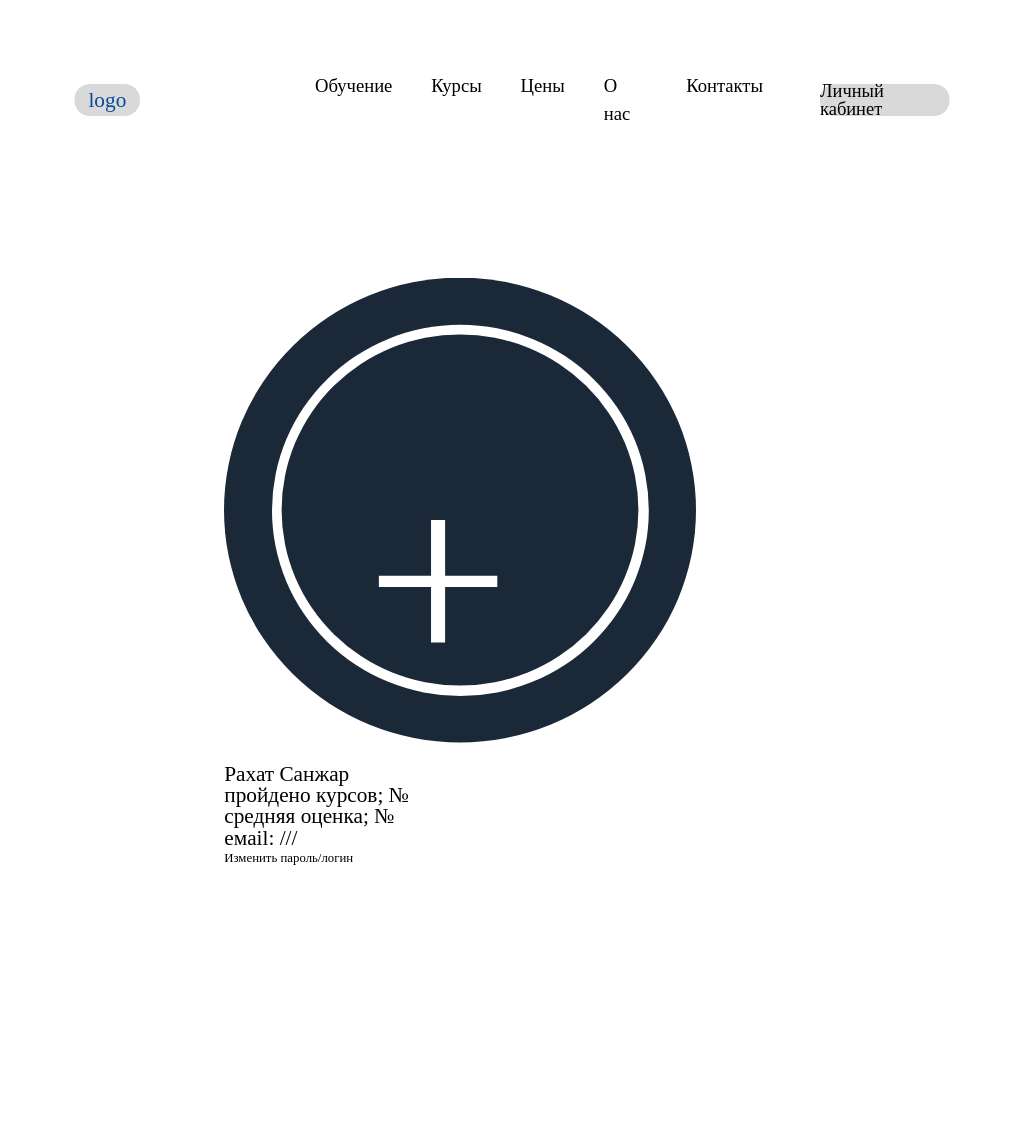
Repository: marjango/course
Page: /auth/profile
An editor plug-in stored every save of this project. The page is shown before and after the next save, followed by the edit.
The browser window is 1280 px wide. The pictures show the whole page, at 80% of full size.
The project was rebuilt for these pictures with package versions that can differ from the ones it lists, and the page was loaded fresh each time. The framework's server and built-in components were replaced by stand-ins that run in the browser. Also part of the build but not shown: next.config.ts.

Above is the page before, as saved 2025-03-27 17:30:22.

### app/layout.tsx
import type { Metadata } from "next";
import "./globals.css";
import './fonts.css';


export const metadata: Metadata = {
  title: "сourse",
  description: "it course",
};

export default function RootLayout({
  children,
}: Readonly<{
  children: React.ReactNode;
}>) {
  return (
    <html lang="en">
      <body

      >
        {children}
      </body>
    </html>
  );
}

### app/[auth]/profile/page.tsx
import React from "react";
import Image from "next/image";
import s from "./profile.module.css";
import Link from "next/link";
import photo from './img/profilephoto.svg'

const profile = () => {
  return (
    <>
      <div className={s.profilepage}>
        <div className={s.headerContainer}>
          <Link href="/" className={s.logo}>
            logo
          </Link>

          <div className={s.nav}>
            <Link href="/learningpage">Обучение</Link>
            <Link href="/coursespage">Курсы</Link>
            <Link href="/pricepage">Цены</Link>
            <Link href="/aboutus">О нас</Link>
            <Link href="#">Контакты</Link>
          </div>

          <Link href="/profile" className={s.personal}>
            Личный кабинет
          </Link>
        </div>
        <div className={s.profile}>
            <Image src={photo} alt="photo"/>
            <div className={s.description}>
                <p className={s.name}>Рахат Cанжар</p>
                <p>пройдено курсов; №</p>
                <p>средняя оценка; №</p>
                <p>емail: ///</p>
                <button>Изменить пароль/логин</button>
            </div>
        </div>
      </div>
    </>
  );
};

export default profile;

### app/globals.css
@import "tailwindcss";

* {
  font-family: 'Doloman Pavljenko';
}

h1 {
  font-family: 'Intro Friday', sans-serif;
  font-size: 3.39vw;
  line-height: 1.2;
  color: white;
  font-weight: bold;
  text-transform: uppercase;
}

p {
  font-size: 2.08vw;
  line-height: 2.08vw;
  font-weight: 300;
}

### app/fonts.css
@font-face {
    font-family: 'Doloman Pavljenko';
    src: url("/public/fonts/DolomanPavljenko.otf") format('otf'),
    url("/public/fonts/DolomanPavljenko.otf") format('otf');
    font-weight: normal;
    font-style: normal;
  }

   @font-face {
     font-family: "Intro Friday";
     src: url("/public/fonts/Intro\ Friday\ Regular.ttf") format("ttf"),
     url("/public/fonts/Intro\ Friday\ Regular.ttf") format("ttf");
     font-weight: normal;
     font-style: normal;
   }

### app/[auth]/profile/profile.module.css
.profilepage {
background-color: white;
padding: 7.03vw 7.29vw 12.60vw 7.29vw;
}
.headerContainer {
    background: transparent;
    display: flex;
    justify-content: space-between;
    align-items: center;
    width: 100%;
    margin-bottom: 10.42vw;
  }

  .logo {
    padding: 0.52vw 1.35vw;
    background-color: #D9D9D9;
    border: none;
    border-radius: 1.51vw;
    color: #064b9b;
    font-size: 2.08vw;
    line-height: 2.08vw;
    font-weight: 300;
  }

  .nav {
    margin-left: 17.08vw;
    justify-self: center;
    font-size: 1.82vw;
    font-weight: 300;
    display: flex;
    gap: 3.8vw;
  }

  .personal {
    margin-left: 5.57vw;
    background-color: #D9D9D9;
    width: 12.66vw;
    height: 3.13vw;
    display: flex;
    justify-content: center;
    align-items: center;
    border: none;
    border-radius: 1.51vw;
    color: black;
    font-size: 1.8vw;
    line-height: 1.8vw;
    font-weight: 300;
  }

  .profile {
    margin: 187px ;
  }

After the next save:
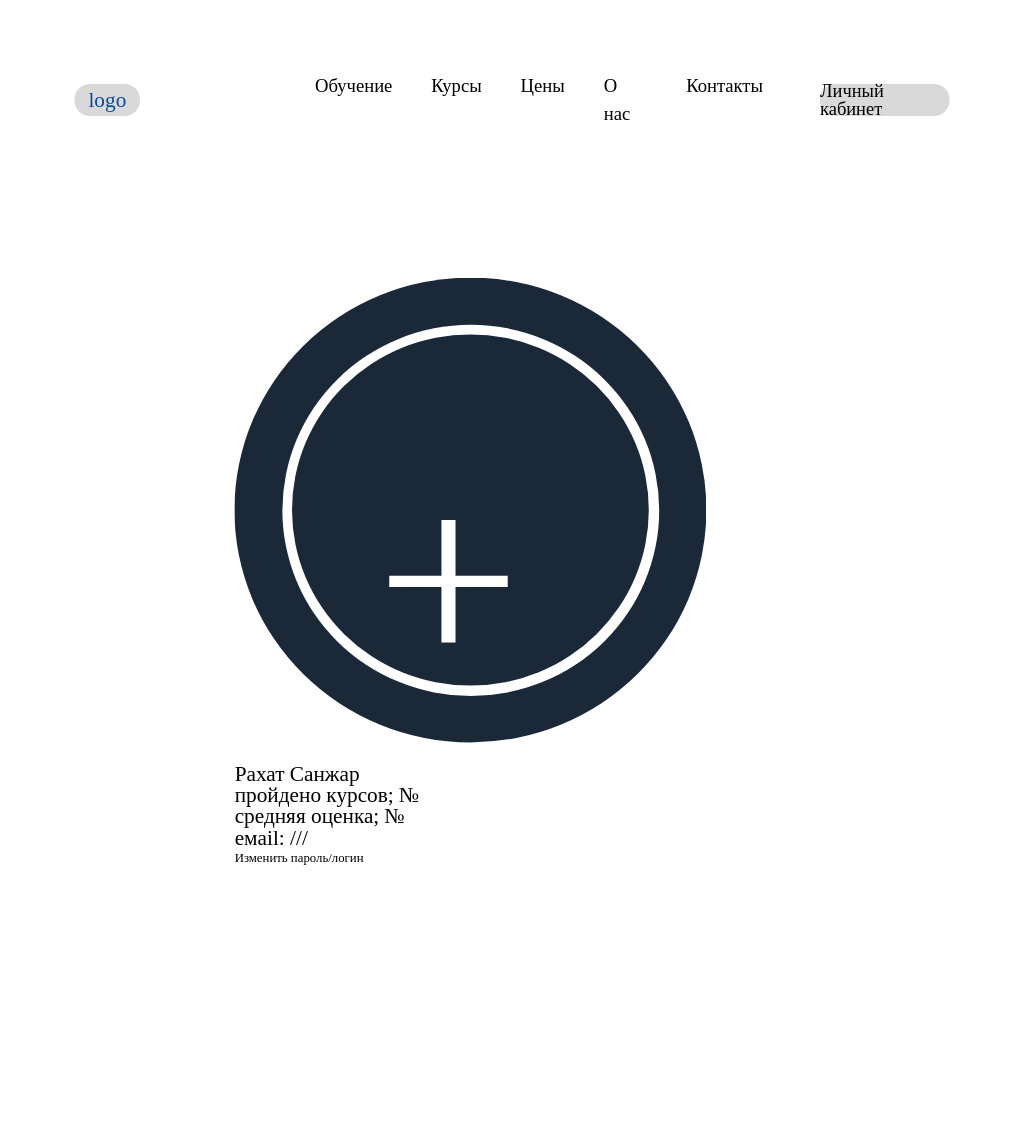
Saved 6 s later.
--- a/app/[auth]/profile/profile.module.css
+++ b/app/[auth]/profile/profile.module.css
@@ -48,5 +48,5 @@ padding: 7.03vw 7.29vw 12.60vw 7.29vw;
   }
 
   .profile {
-    margin: 187px ;
+    margin: 187px 200px;
   }
